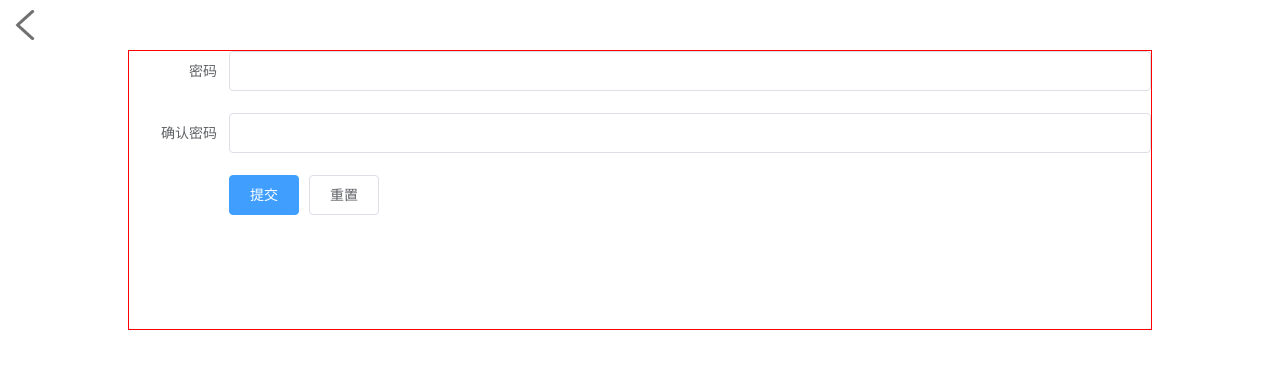
Repository: panlin520-team/lnmj-staffH5
Page: /#/forgetpassword
The author's editor kept a copy of each file at every save. The page is drawn from the files as they stood at one save, then again after a run of saves.
The browser window is 1280 px wide. The pictures show the whole page.
The project was rebuilt for these pictures with package versions that can differ from the ones it lists, and the page was loaded fresh each time. Also part of the build but not shown: src/views/Lojin.vue.

Above is the page before, as saved 2020-04-08 11:48:54.

After the next 3 saves:
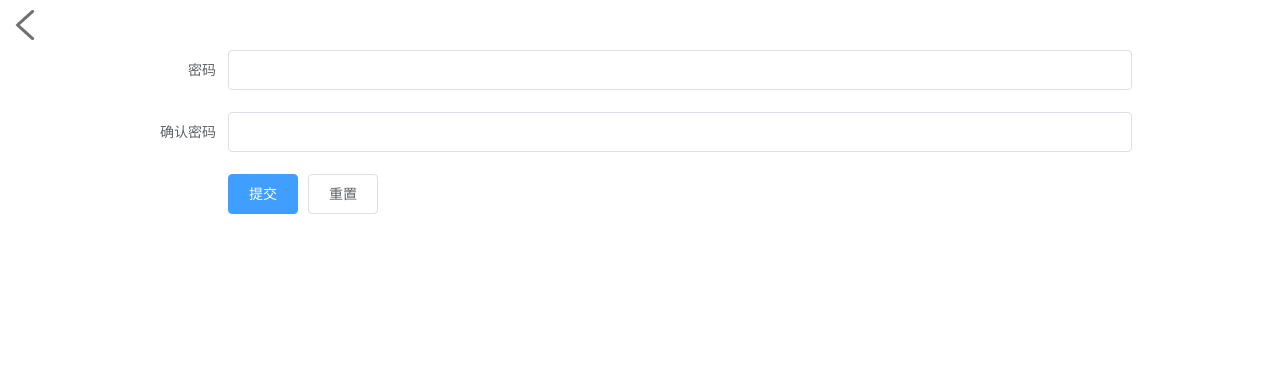
The 3 saves are shown as one change because they came seconds apart.
The last was saved 69 s later.
--- a/src/views/Forgetpassword.vue
+++ b/src/views/Forgetpassword.vue
@@ -111,9 +111,8 @@ export default {
     height: 280px;
     margin-top: 20px;
     margin: 0 auto;
-    border: 1px solid red;
     .el-form {
-      margin: 0 auto;
+      margin-right: 20px;
     }
   }
 }
